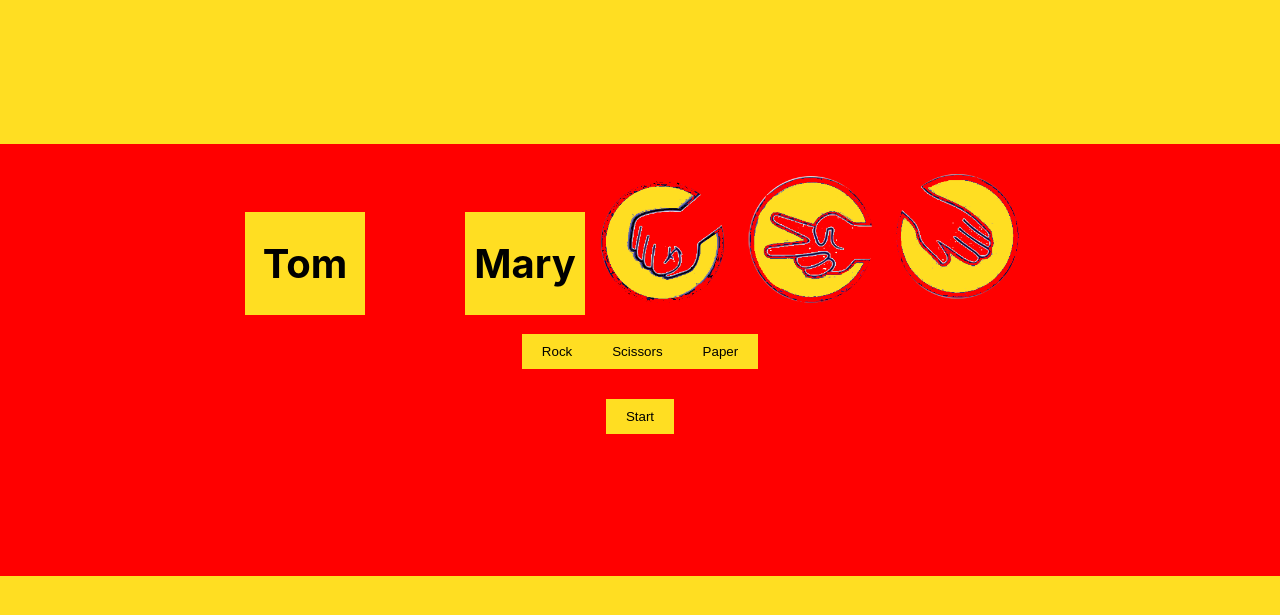
Repository: K009/Rock-Paper-Scissors
Page: /
These files come from the project's save history. The page is drawn as it stood at one moment and after the next save; the edit follows.
The browser window is 1280 px wide. The pictures show the whole page.
The project was rebuilt for these pictures with package versions that can differ from the ones it lists, and the page was loaded fresh each time.

Above is the page before, as saved 2020-05-13 10:42:17.

After the next save:
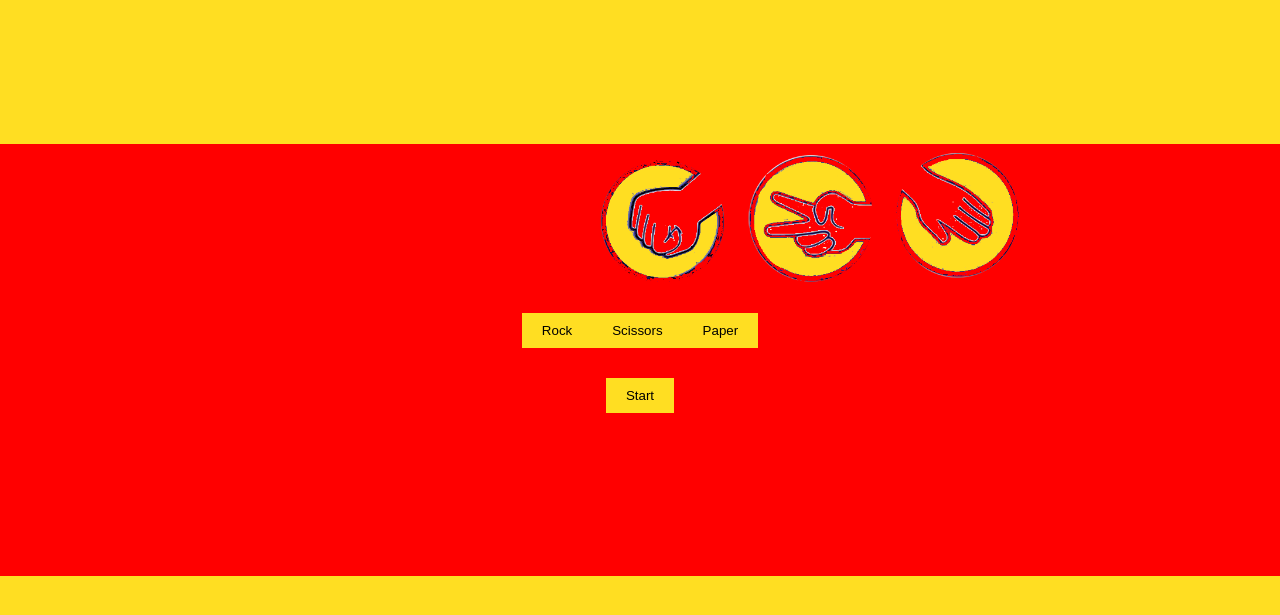
Saved 61 s later.
--- a/src/components/Player.js
+++ b/src/components/Player.js
@@ -2,11 +2,7 @@ import React from "react";
 import style from "./player.module.css";
 
 const Player = ({ playerName }) => {
-  return (
-    <div className={style.player}>
-      <h1>{playerName}</h1>
-    </div>
-  );
+  return <div className={style.player}></div>;
 };
 
 export default Player;
